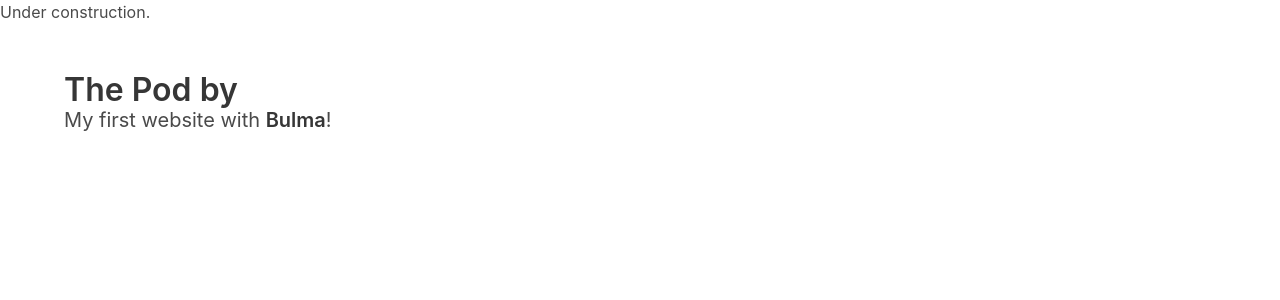
Repository: aalemayhu/podcast.alemayhu.com
Page: index.html
These files come from the project's save history. The page is drawn as it stood at one moment and after the next save; the edit follows.
The browser window is 1280 px wide. The pictures show the whole page.
Some web libraries are served in a nearby version.

Above is the page before, as saved 2020-03-07 22:47:46.

### index.html
Under construction.

<!DOCTYPE html>
<html>
  <head>
    <meta charset="utf-8">
    <meta name="viewport" content="width=device-width, initial-scale=1">
    <title>The Pod by Alexander Alemayhu</title>
    <link rel="stylesheet" href="https://cdnjs.cloudflare.com/ajax/libs/bulma/0.7.1/css/bulma.min.css">
    <script defer src="https://use.fontawesome.com/releases/v5.0.7/js/all.js"></script>
  </head>
  <body>
  <section class="section">
    <div class="container">
      <h1 class="title">
          The Pod by <a href=""
      </h1>
      <p class="subtitle">
        My first website with <strong>Bulma</strong>!
      </p>
    </div>
  </section>
  </body>
</html>

After the next save:
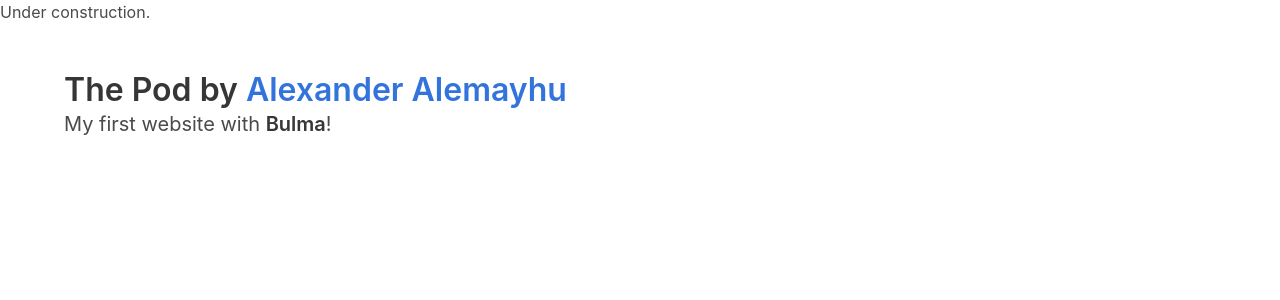
Saved 9 s later.
--- a/index.html
+++ b/index.html
@@ -13,7 +13,7 @@ Under construction.
   <section class="section">
     <div class="container">
       <h1 class="title">
-          The Pod by <a href=""
+          The Pod by <a href="https://github.com/scanf">Alexander Alemayhu</a>
       </h1>
       <p class="subtitle">
         My first website with <strong>Bulma</strong>!
